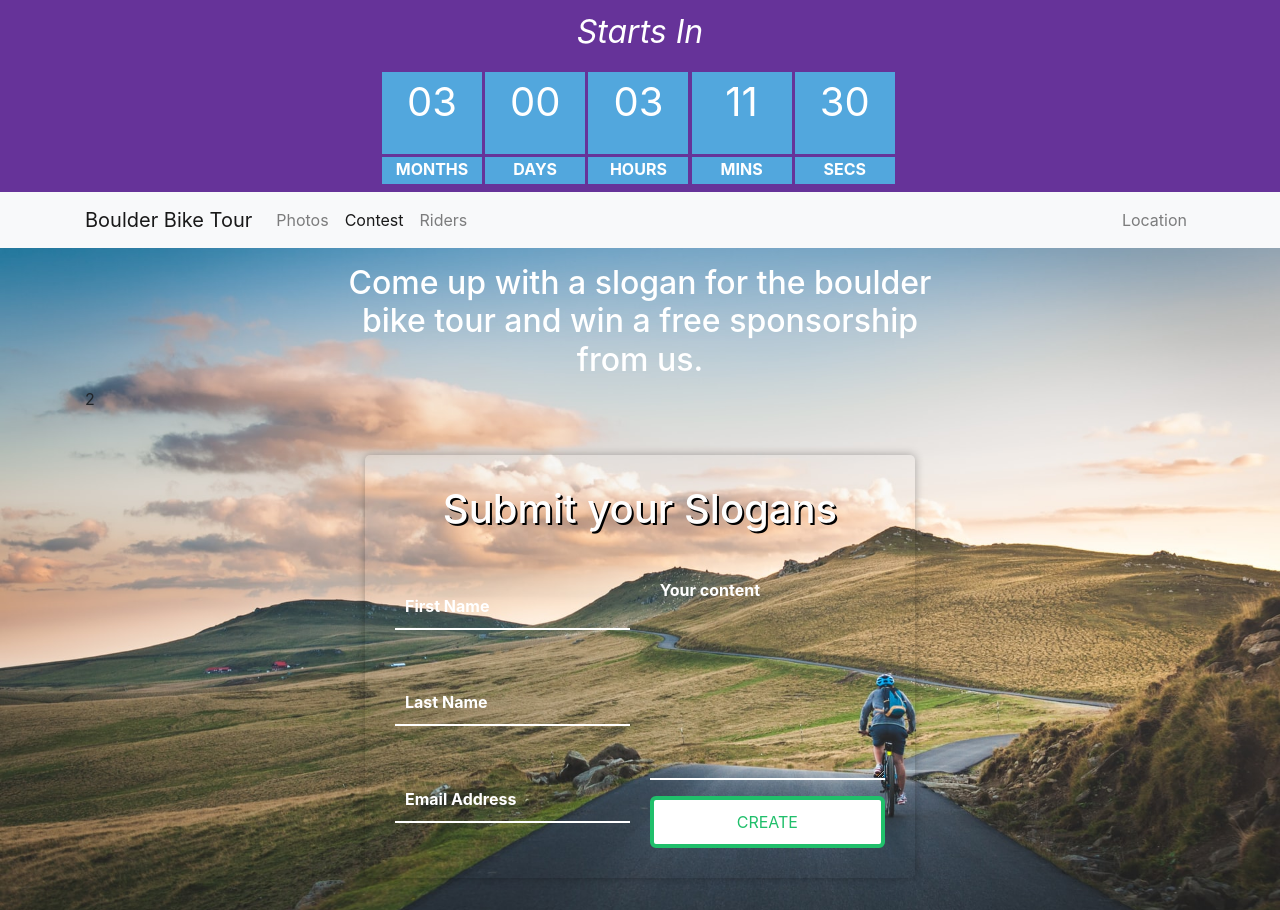
Repository: akinsikuoluwafemi/boulder_bike_tour_frontend
Page: /contest
These files come from the project's save history. The page is drawn as it stood at one moment and after a run of saves; the edit follows.
The browser window is 1280 px wide. The pictures show the whole page.
The page's requests for data from a server got no answer. Some web libraries are served in a nearby version. The project was rebuilt for these pictures with package versions that can differ from the ones it lists, and the page was loaded fresh each time. No one was signed in, and anything a server would have sent is missing. Also part of the build but not shown: src/components/Home/LatestNews.js, src/components/Home/Winners.js, src/components/Accordions/Accordions.js, src/components/Home/FooterContent.js, src/components/Home/Home.js, src/components/Location/mapStyles.js, src/components/Spinner/Spinner.scss, src/components/Spinner/Spinner.js and 5 more.

Above is the page before, as saved 2020-08-23 08:32:55.

After the next 3 saves:
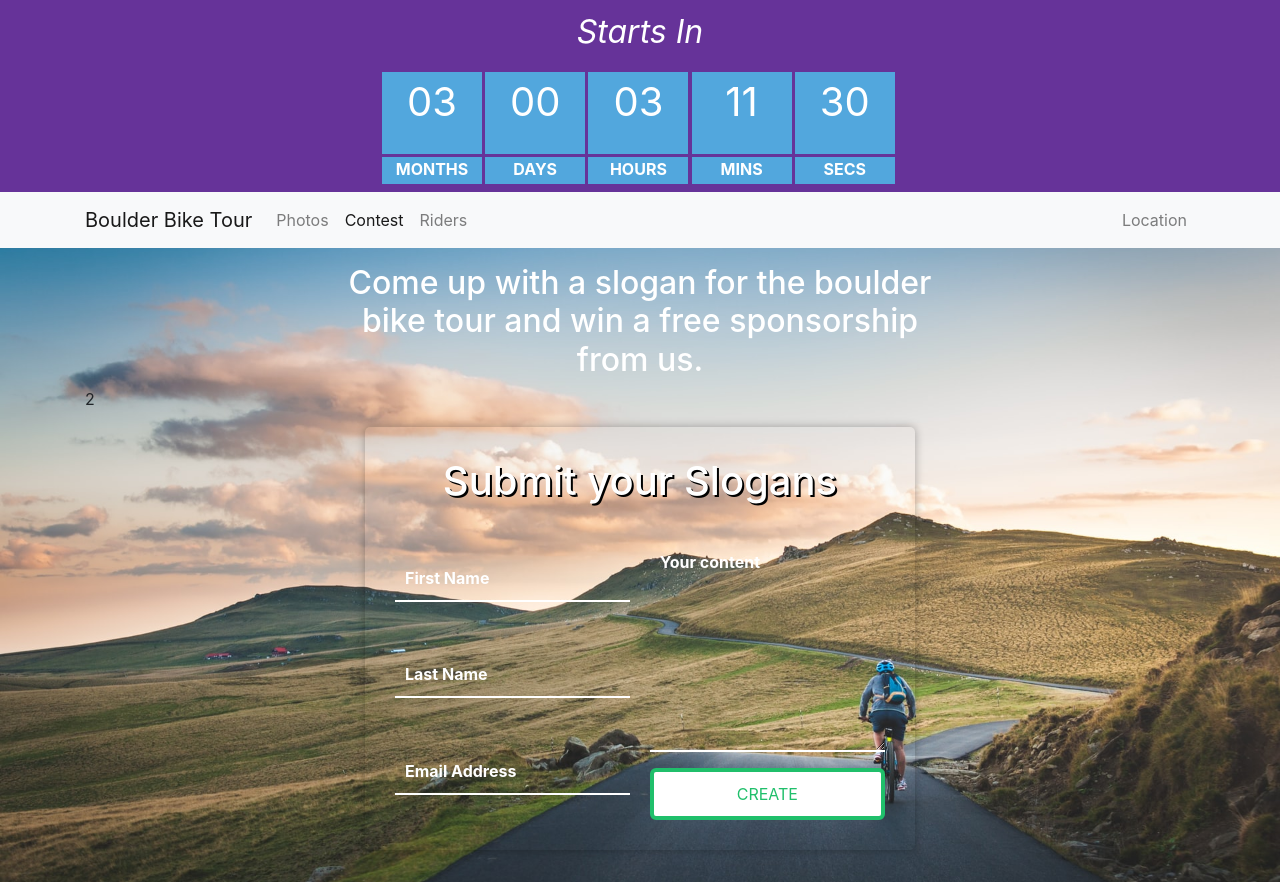
The 3 saves are shown as one change because they came seconds apart.
The last was saved 21 s later.
--- a/src/components/Contest/Contest.js
+++ b/src/components/Contest/Contest.js
@@ -79,9 +79,10 @@ const Contest = () => {
               sponsorship from us.
             </h2>
             <AlertContext.Provider value={{ alert, setAlert }}>
-              {setTimeout(() => {}, 3000)}
+              {setTimeout(() => {
 
-              <Alert severity={alert}>{renderAlertText()}</Alert>
+              }, 3000)}
+
 
               <div className="px-3 py-3 form-center">
                 <Form />
